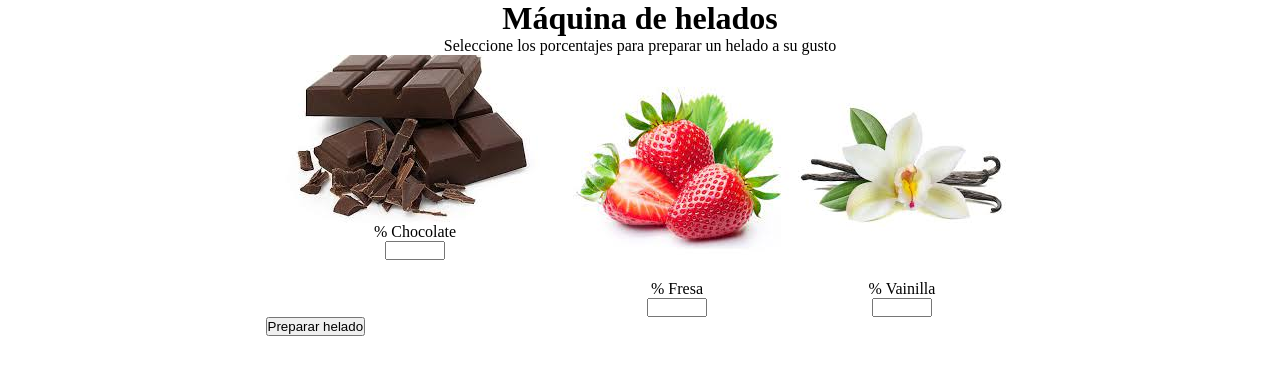
Repository: Ibizus/ejercicios_JSP
Page: http://localhost/ejercicios_Hector/ejercicio10/index.jsp
The author's editor kept a copy of each file at every save. The page is drawn from the files as they stood at one save, then again after the next save.
The browser window is 1280 px wide. The pictures show the whole page.
The page is served by Tomcat 9.

Above is the page before, as saved 2023-11-16 13:33:02.

### ejercicios_Hector/src/main/webapp/ejercicio10/index.jsp
<%@ page language="java" contentType="text/html; charset=UTF-8"
    pageEncoding="UTF-8"%>
<!DOCTYPE html>
<html>
<head>
	<meta charset="UTF-8">
	<link rel="stylesheet" href="css/style.css"/>
	<title>Ejercicio 10</title>
</head>
<body>
	<h1>Máquina de helados</h1>
	<p>Seleccione los porcentajes para preparar un helado a su gusto</p>

	<section id="formulario">
		<form method="post" action="helado.jsp">

			<section id="sabores">
				<article>
					<img alt="Chocolate" src="images/chocolate.jpeg">
					% Chocolate <input type="number" min="0" max="100" step="1" name="choc">
				</article>
				<article>
					<img alt="Fresa" src="images/fresa.jpeg">
					% Fresa <input type="number" min="0" max="100" step="1" name="fresa">
				</article>
				<article>
					<img alt="Vainilla" src="images/vainilla.jpeg">
					% Vainilla <input type="number" min="0" max="100" step="1" name="vainilla">
				</article>
			</section>

			<input type="submit" value="Preparar helado">
		</form>
	</section>

</body>
</html>

### ejercicios_Hector/src/main/webapp/ejercicio10/css/style.css
@charset "UTF-8";

*{
	margin: 0;
	padding: 0;
	box-sizing: border-box;
	text-decoration: none;
}

body{
    max-width: 1000px;
    display: flex;
    flex-direction: column;
    align-items: center;
    margin: auto;
}

#formulario{
	display: flex;
	flex-direction: column;
}

#sabores{
	display: flex;
	flex-direction: row;
	justify-content: space-between;
}

article{
	display: flex;
	flex-direction: column;
    align-items: center;
}

After the next save:
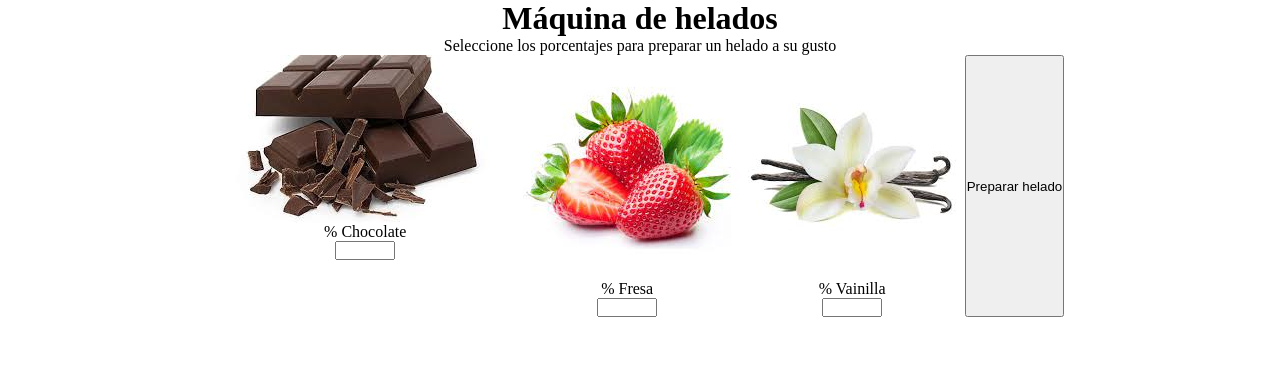
Saved 49 s later.
--- a/ejercicios_Hector/src/main/webapp/ejercicio10/css/style.css
+++ b/ejercicios_Hector/src/main/webapp/ejercicio10/css/style.css
@@ -13,6 +13,10 @@ body{
     flex-direction: column;
     align-items: center;
     margin: auto;
+}
+
+form{
+	display: flex;
 }
 
 #formulario{
